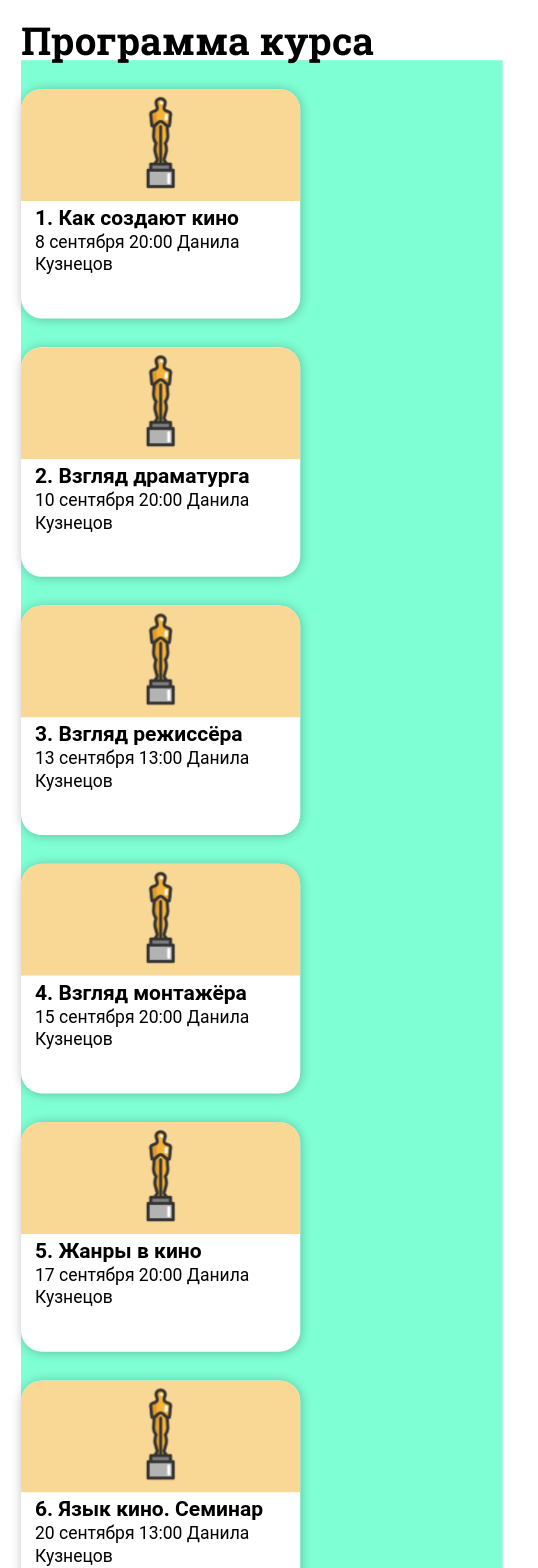
Repository: MehdiKerimov/Figma-task-18
Page: pages/homePage/index.html
These files come from the project's save history. The page is drawn as it stood at one moment and after the next save; the edit follows.
The browser window is 768 px wide. The pictures show the part of the page from y = 0 to 2240 px (the page is 3182 px tall before and 1337 px after), at 70% of full size.
The style sheet was rebuilt from its Sass, Less or Tailwind sources for each picture, by a compiler version that may differ from the author's.

Above is the page before, as saved 2023-11-28 10:32:50.

After the next save:
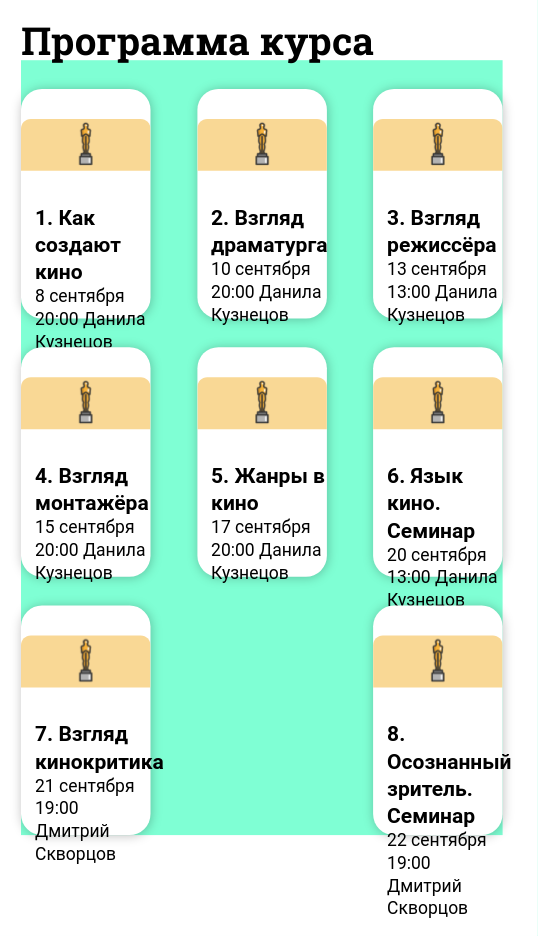
Saved 7 s later.
--- a/pages/homePage/index.scss
+++ b/pages/homePage/index.scss
@@ -32,7 +32,7 @@
             background: #FFF;
             box-shadow: 1px 1px 15px 0px rgba(0, 0, 0, 0.25);
             @media screen and (max-width:768px) {
-
+        width: 185px;
             }
             svg {
                 width: 100%;
